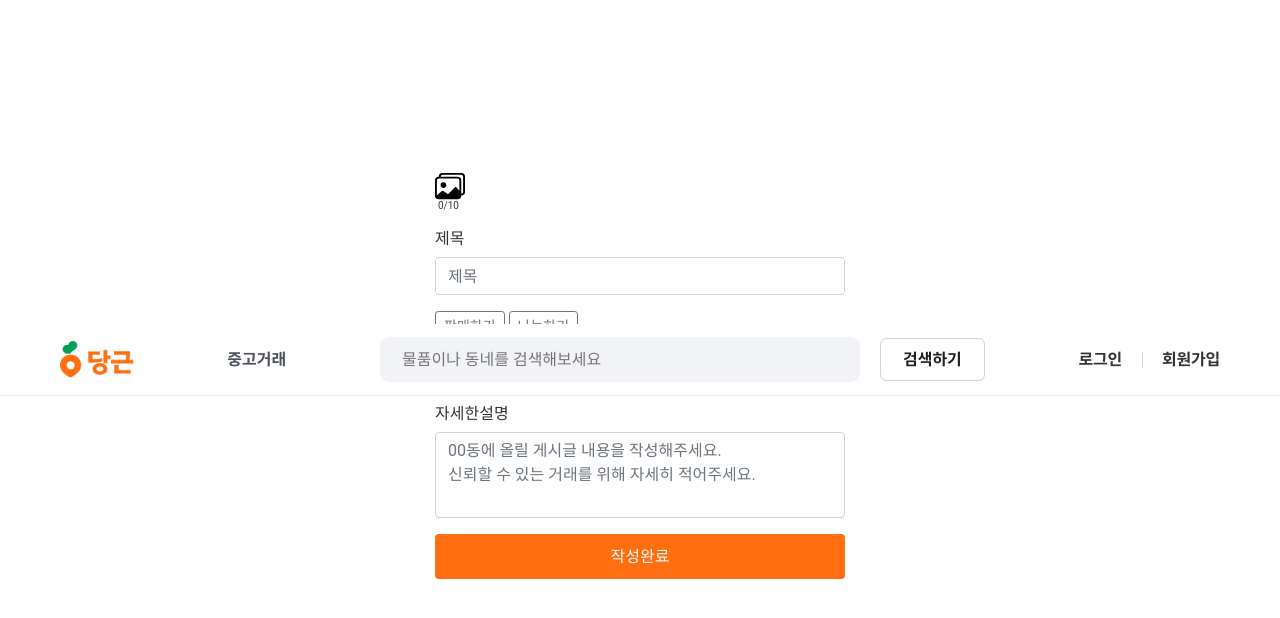
Repository: Hyunsu4522/testGit
Page: http://localhost/semiProject/
The author's editor kept a copy of each file at every save. The page is drawn from the files as they stood at one save, then again after the next save.
The browser window is 1280 px wide. The pictures show the whole page.
Some web fonts or font styles are not loaded; a fallback is used. The page is served by Tomcat 9.

Above is the page before, as saved 2023-10-23 08:36:51.

### semiProject_test/semiProject/src/main/webapp/index.jsp
<%@ page language="java" contentType="text/html; charset=UTF-8"
    pageEncoding="UTF-8"%>
<!DOCTYPE html>
<html>
<head>
<meta charset="UTF-8">
<title>Insert title here</title>
</head>
<body>
	<%--<%@ include file="views/common/header.jsp" %>--%>
	<%@ include file="views/board/boardEnrollForm.jsp" %>
 	<%--<%@ include file="views/board/detailPage.jsp" %>--%>
	<%--<%@ include file="views/member/memberenrollForm.jsp" %>--%>
	<%--<%@ include file="views/member/myPage.jsp" %>--%>
	<%--<%@ include file="views/member/memberLogin.jsp" %>--%>
</body>
</html>

### semiProject_test/semiProject/src/main/webapp/views/board/boardEnrollForm.jsp
<%@ page language="java" contentType="text/html; charset=UTF-8"
    pageEncoding="UTF-8"%>
<!DOCTYPE html>
<html>
<head>
<meta charset="UTF-8">
<title>Insert title here</title>
<!-- Bootstrap CSS -->
<link rel="stylesheet" href="https://stackpath.bootstrapcdn.com/bootstrap/4.3.1/css/bootstrap.min.css" integrity="sha384-ggOyR0iXCbMQv3Xipma34MD+dH/1fQ784/j6cY/iJTQUOhcWr7x9JvoRxT2MZw1T" crossorigin="anonymous">
<!-- Optional JavaScript -->
<!-- jQuery first, then Popper.js, then Bootstrap JS -->
<script src="https://code.jquery.com/jquery-3.3.1.slim.min.js" integrity="sha384-q8i/X+965DzO0rT7abK41JStQIAqVgRVzpbzo5smXKp4YfRvH+8abtTE1Pi6jizo" crossorigin="anonymous"></script>
<script src="https://cdnjs.cloudflare.com/ajax/libs/popper.js/1.14.7/umd/popper.min.js" integrity="sha384-UO2eT0CpHqdSJQ6hJty5KVphtPhzWj9WO1clHTMGa3JDZwrnQq4sF86dIHNDz0W1" crossorigin="anonymous"></script>
<script src="https://stackpath.bootstrapcdn.com/bootstrap/4.3.1/js/bootstrap.min.js" integrity="sha384-JjSmVgyd0p3pXB1rRibZUAYoIIy6OrQ6VrjIEaFf/nJGzIxFDsf4x0xIM+B07jRM" crossorigin="anonymous"></script>
<style>
    body{
        display: flex;
        justify-content: center;
        align-items: center;
    }
    .container{
        position: absolute;
        top: 55%;
        left: 50%;
        transform: translate(-50%, -50%);
        width: 450px;
        height: 600px;
        background: white;
        display: flex;
        justify-content: center;
        align-items: center;
        flex-direction: column;
    }
    .picture{
        display: flex;
        justify-content: left;
        align-items: left;
        flex-direction: column;
    }

    .mb-3{
        margin-top: 20px;
    }
    .button-wrap{
      margin-bottom: -30px;
    }

</style>
</head>
<body>
    <%@ include file="/views/common/header.jsp" %>
    <div class="container">
        <form action="" method="post" enctype="multipart/form-data" style="padding-left: 20px; padding-right: 20px;width: 450px; height: 450px;">
            <label class="picture">
                <i>
                    <img src="resources/images/img/pictures.svg" alt="사용자 정의 이미지" width="30px">
                </i>
                <span style="font-size: 10px; padding-left: 3px;">0/10</span>
                <input type="file" name="file" id="file" accept="image/*" style="display: none;">
            </label>
            <div class="mb-3">
                <label for="exampleFormControlInput1" class="form-label" style="margin-bottom: 10px;">제목</label>
                <input type="text" class="form-control" id="exampleFormControlInput1" placeholder="제목">
            </div>
            <div class="button-wrap">
            <button type="button" class="btn btn-outline-secondary btn-sm">판매하기</button>
            <button type="button" class="btn btn-outline-secondary btn-sm">나눔하기</button>
            </div>
            <div class="mb-3">
                <label for="exampleFormControlInput1" class="form-label"></label>
                <input type="text" class="form-control" id="exampleFormControlInput1" placeholder="₩ 가격을 입력해주세요.">
            </div>
            <div class="mb-3">
                <label for="exampleFormControlTextarea1" class="form-label" style="margin-bottom: 10px;">자세한설명</label>
                <textarea class="form-control" id="exampleFormControlTextarea1" rows="3" placeholder="00동에 올릴 게시글 내용을 작성해주세요. &#10;신뢰할 수 있는 거래를 위해 자세히 적어주세요." style="resize: none;"></textarea>
            </div>
            <div class="d-grid gap-2">
            <input type="submit" value="작성완료" class="btn btn-primary" style="width: 100%; background: rgb(255, 111, 15); border: none; height: 45px;">
            </div>
        </form>
    </div>
</body>
</html>

### semiProject_test/semiProject/src/main/webapp/views/common/header.jsp
<%@ page language="java" contentType="text/html; charset=UTF-8"
    pageEncoding="UTF-8"%>
<!DOCTYPE html>
<html lang="ko">
<head>
    <meta charset="UTF-8">
    <meta name="viewport" content="width=device-width, initial-scale=1.0, minimum-scale=1.0, maximum-scale=1.0, user-scalable=no, viewport-fit=cover">
    <meta name="description" content="">
    <meta name="keyword" content="">
    <title>당신 근처의 당근</title>
    <link rel="stylesheet" href="./resources/css/common.css">
    <link rel="stylesheet" href="./resources/css/content.css">
    <link rel="stylesheet" href="./resources/css/font.css">
</head>
<body>
    <!-- header -->
    <header class="header" id="header">
        <div class="inner-wrap">
            <div class="gnb">
                <nav class="nav">
                    <h1><a href="#none"><img src="resources/images/icon/daangn_logo.png" alt="daangn logo"><span class="sr-only">당근마켓<span></a></h1>
                    <ul class="menu">
                        <li><a href="#none">중고거래</a></li>
                    </ul>
                    <div class="search">
                        <form action="">
                            <input type="text" class="search" placeholder="물품이나 동네를 검색해보세요">
                        </form>
                        <button>검색하기</button>
                    </div>
                    <div class="utill">
                        <div><a href="#none">로그인</a></div>
                        <div><a href="#none">회원가입</a></div>
                    </div>
                </nav>
            </div>
        </div>
    </header>
    <!--// header  -->
</body>
</html>

### semiProject_test/semiProject/src/main/webapp/resources/css/common.css
/* reset */
*,
*:before,
*:after{box-sizing: border-box;}
html,body,div,span,iframe,object,embed,h1,h2,h3,h4,h5,h6,dl,dt,dd,ul,ol,li,a,abbr,address,b,bdo,blockquote,cite,code,del,dfn,p,pre,em,i,ins,kbd,q,s,samp,strong,sub,sup,u,var,img,map,area,form,fieldset,legend,input,textarea,select,button,label,keygen,table,caption,thead,tbody,tfoot,tr,th,td,article,aside,audio,bdi,canvas,datalist,details,dialog,figcaption,figure,footer,header,main,mark,menu,menuitem,meter,nav,output,progress,section,rp,rt,ruby,summary,time,video,wbr,hr{margin: 0; padding: 0;}
html,body{width: 100%; height: 100%;}
html{overflow-y: scroll;}
body{font: 1rem/1 'Roboto', 'Noto Sans KR', '.SFNSText-Regular','San Francisco','Segoe UI','Helvetica Neue','Lucida Grande',sans-serif;font-weight: 400;color: #333;-webkit-text-size-adjust: 100%;-ms-text-size-adjust: 100%;-webkit-font-smoothing: antialiased;}
article, aside, details, figcaption, figure, footer, header, hgroup, main, menu, nav, section, summary{display:block;}
h1,h2,h3,h4,h5,pre,input,button,select,textarea{font: inherit;}
input,button,select,textarea{color: inherit;-webkit-appearance: none; border-radius: 0;}
a{color: inherit; text-decoration: none;}
input, select, label, img, button{vertical-align: middle;}
table{width: 100%; border-collapse: collapse; border-spacing: 0;}
img{border:0;}
fieldset{border:0; min-width:0; width:100%}
ul, ul li{list-style: none;}
ol{margin-left: 15px;}
a,button,label{cursor: pointer;}
button{background: transparent;	border: 0;}
i,em,address{font-style: normal;}
a{color: inherit; -webkit-tap-highlight-color: transparent;}
a[href]{color: inherit; -webkit-tap-highlight-color: inherit;}
abbr{text-decoration: none;}
/* common */
legend,
.sr-only{overflow: hidden; position: absolute; width: 1px; height: 1px; margin: -1px 0 0 -1px; clip: rect(0, 0, 0, 0);}
caption{overflow: hidden; width: 100%; height: 1px; background-color: var(--color-primary-gray100); color: transparent;}
hr.div{width: 100%; border: 0; height: 1px; background-color: var(--color-primary-gray100);}
pre{line-height: 1.5; white-space: pre-wrap; /* CSS3*/
    white-space: -moz-pre-wrap; /* Mozilla, since 1999 */
    white-space: -pre-wrap; /* Opera 4-6 */
    white-space: -o-pre-wrap; /* Opera 7 */
    word-wrap: break-all; /* Internet Explorer 5.5+ */}

### semiProject_test/semiProject/src/main/webapp/resources/css/content.css
body{
    width: 100%;
    min-width: 1200px;
    min-height: 100%;
}
/* header */
header {
    width: 100%;
    background: #ffffff;
    position: sticky;
    top: 0;
    left: 0;
    z-index: 99999;
    border-bottom: 1px solid #eeeeee;
    display: flex;
    align-items: center;
    height: 72px;
    box-sizing: border-box;
    transition: top .2s ease-in-out;
}
.inner-wrap {
    max-width: 1200px;
    margin: 0 auto;
    width: 100%;
}
header .gnb {
    width: 100%;
    padding: 0 20px;
}
header .gnb h1 a{
    display: block;
    width: 74px;
}
header .gnb h1 img{
    width: 100%;
}
header .gnb .nav {
    gap: 80px;
    display: flex;
    width: 100%;
    align-items: center;
    justify-content: space-between;
}
header .gnb .menu{
    display: flex;
    justify-content: space-between;
    align-items: center;
}
header .gnb .menu li a{
    font-weight: 700;
    font-size: 16px;
    color: #4d5159;
}
header .gnb .menu li a:hover{
    color: #ff6f0f;
}
header .gnb .search {
    display: flex;
    align-items: center;
    gap: 20px;
}

header .gnb .search input {
    width: 30rem;
    background: #f2f3f6;
    border: none;
    border-radius: 0.6rem;
    padding: 0.8rem 1.4rem;
    box-sizing: border-box;
}

header .gnb .search input:focus {
    outline: 1px solid #ff6f0f;
  }

header .gnb .search button {
    background: #fff;
    border: 1px solid #d1d3d8;
    color: #212124;
    font-weight: 700;
    border-radius: 0.4rem;
    padding: 0.8rem 1.4rem;
}

.utill{
    display: flex;
    align-items: center;
    justify-content: center;
    gap: 40px;
}
.utill > div{
    position: relative;
}
.utill > div:first-child:before {
    display: none;
}
.utill > div:before {
    content: "";
    position: absolute;
    top: 4px;
    left: -40px;
    border-right: 1px solid #d8d8d8;
    height: 16px;
    padding-right: 20px;
}
.utill a {
    font-weight: 700;
    font-size: 16px;
    line-height: 24px;
    letter-spacing: -.23px;
}
.utill a:hover {
    text-decoration: underline;
}
.utill div.icon a {
    display: flex;
    align-items: center;
    gap:4px;
}
.utill div a > img {
    width: 16px;
    height: 16px;
}



/* contents */
.contents{
    padding-top: 70px;
}

### semiProject_test/semiProject/src/main/webapp/resources/css/font.css
@import url(//cdn.jsdelivr.net/font-nanum/1.0/nanumgothic/nanumgothic.css);
@import url(//cdn.jsdelivr.net/font-nanum/1.0/nanumbarungothic/nanumbarungothic.css);
@import url(//cdn.jsdelivr.net/font-nanum/1.0/nanummyeongjo/nanummyeongjo.css);
@font-face {
        font-family: 'Noto Sans KR';
        font-style: normal;
        font-weight: 300;
        src: url(fonts/NotoSansKR-Light.woff2) format('woff2'),
        url(fonts/NotoSansKR-Light.woff) format('woff'),
        url(fonts/NotoSansKR-Light.otf) format('opentype');
    }

    @font-face {
        font-family: 'Noto Sans KR';
        font-style: normal;
        font-weight: 400;
        src: url(fonts/NotoSansKR-Regular.woff2) format('woff2'),
        url(fonts/NotoSansKR-Regular.woff) format('woff'),
        url(fonts/NotoSansKR-Regular.otf) format('opentype');
    }

    @font-face {
        font-family: 'Noto Sans KR';
        font-style: normal;
        font-weight: 600;
        src: url(fonts/NotoSansKR-Medium.woff2) format('woff2'),
        url(fonts/NotoSansKR-Medium.woff) format('woff'),
        url(fonts/NotoSansKR-Medium.otf) format('opentype');
    }

    @font-face {
        font-family: 'Noto Sans KR';
        font-style: normal;
        font-weight: 700;
        src: url(fonts/NotoSansKR-Bold.woff2) format('woff2'),
        url(fonts/NotoSansKR-Bold.woff) format('woff'),
        url(fonts/NotoSansKR-Bold.otf) format('opentype');
    }

### semiProject_test/semiProject/src/main/webapp/resources/images/img/pictures.svg
<svg xmlns="http://www.w3.org/2000/svg" width="16" height="16" fill="currentColor" class="bi bi-images" viewBox="0 0 16 16">
  <path d="M4.502 9a1.5 1.5 0 1 0 0-3 1.5 1.5 0 0 0 0 3z"/>
  <path d="M14.002 13a2 2 0 0 1-2 2h-10a2 2 0 0 1-2-2V5A2 2 0 0 1 2 3a2 2 0 0 1 2-2h10a2 2 0 0 1 2 2v8a2 2 0 0 1-1.998 2zM14 2H4a1 1 0 0 0-1 1h9.002a2 2 0 0 1 2 2v7A1 1 0 0 0 15 11V3a1 1 0 0 0-1-1zM2.002 4a1 1 0 0 0-1 1v8l2.646-2.354a.5.5 0 0 1 .63-.062l2.66 1.773 3.71-3.71a.5.5 0 0 1 .577-.094l1.777 1.947V5a1 1 0 0 0-1-1h-10z"/>
</svg>

After the next save:
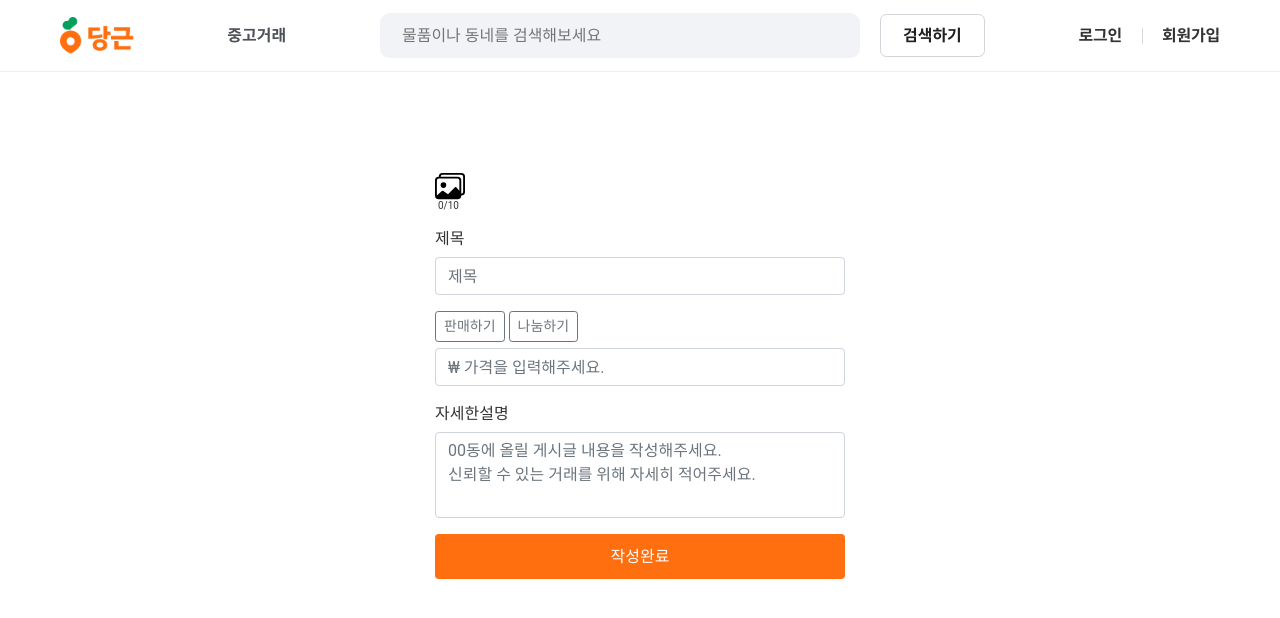
Saved 3 min 7 s later.
--- a/semiProject_test/semiProject/src/main/webapp/views/board/boardEnrollForm.jsp
+++ b/semiProject_test/semiProject/src/main/webapp/views/board/boardEnrollForm.jsp
@@ -13,11 +13,6 @@
 <script src="https://cdnjs.cloudflare.com/ajax/libs/popper.js/1.14.7/umd/popper.min.js" integrity="sha384-UO2eT0CpHqdSJQ6hJty5KVphtPhzWj9WO1clHTMGa3JDZwrnQq4sF86dIHNDz0W1" crossorigin="anonymous"></script>
 <script src="https://stackpath.bootstrapcdn.com/bootstrap/4.3.1/js/bootstrap.min.js" integrity="sha384-JjSmVgyd0p3pXB1rRibZUAYoIIy6OrQ6VrjIEaFf/nJGzIxFDsf4x0xIM+B07jRM" crossorigin="anonymous"></script>
 <style>
-    body{
-        display: flex;
-        justify-content: center;
-        align-items: center;
-    }
     .container{
         position: absolute;
         top: 55%;
